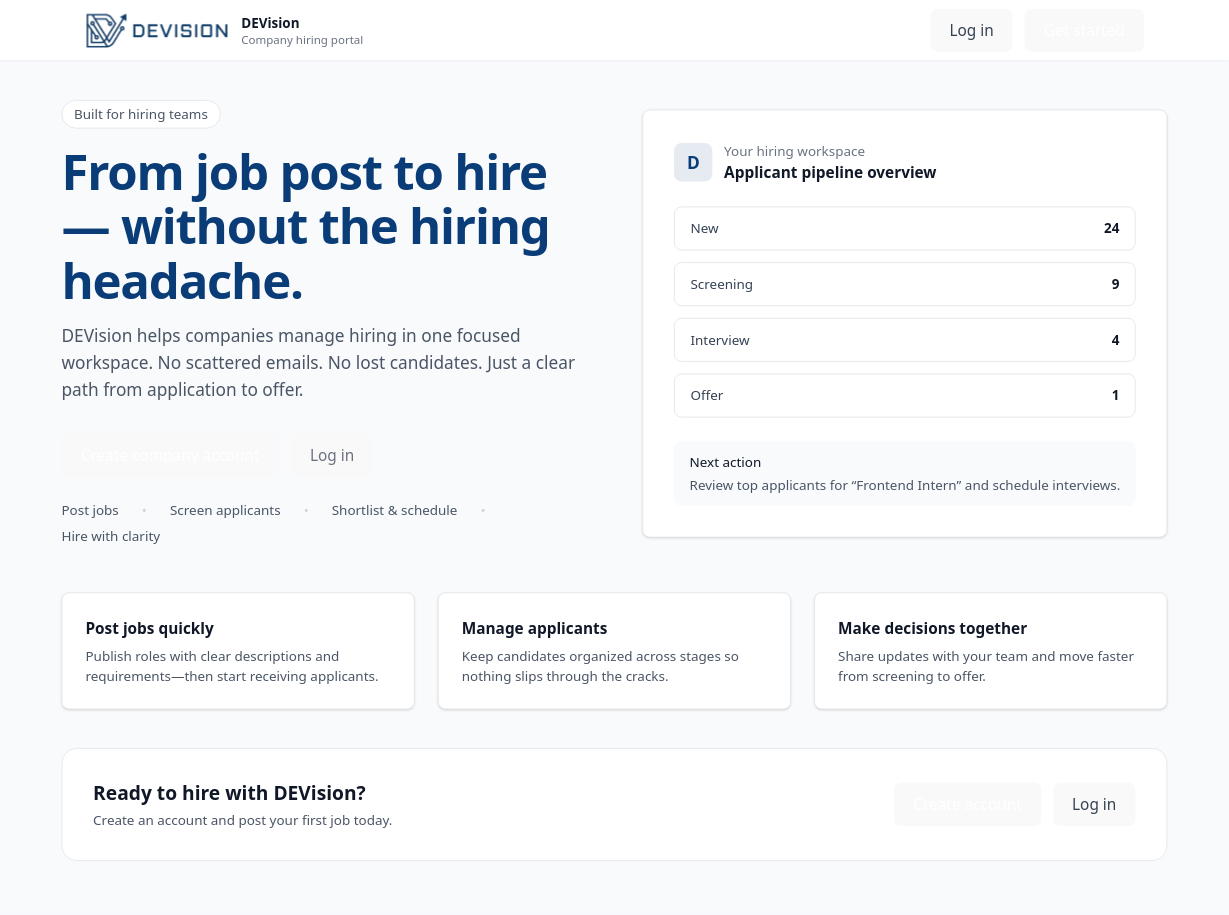
Repository: ISYS3461-2025C-Mulan-DEVision/JobManager_FE
Page: /
An editor plug-in stored every save of this project. The page is shown before and after the next save, followed by the edit.
The browser window is 1280 px wide. The pictures show the whole page, at 96% of full size.
The project was rebuilt for these pictures with package versions that can differ from the ones it lists, and the page was loaded fresh each time. Also part of the build but not shown: vite.config.js, src/components/ui/Input/Input.tsx, src/components/ui/Spinner/Spinner.tsx, src/components/ui/Alert/Alert.tsx, src/components/ui/GoogleLogo/GoogleLogo.tsx, src/components/headless/Form/Form.tsx, src/components/headless/Form/index.ts, src/components/headless/Table/useTable.ts and 18 more.

Above is the page before, as saved 2025-12-12 15:36:22.

After the next save:
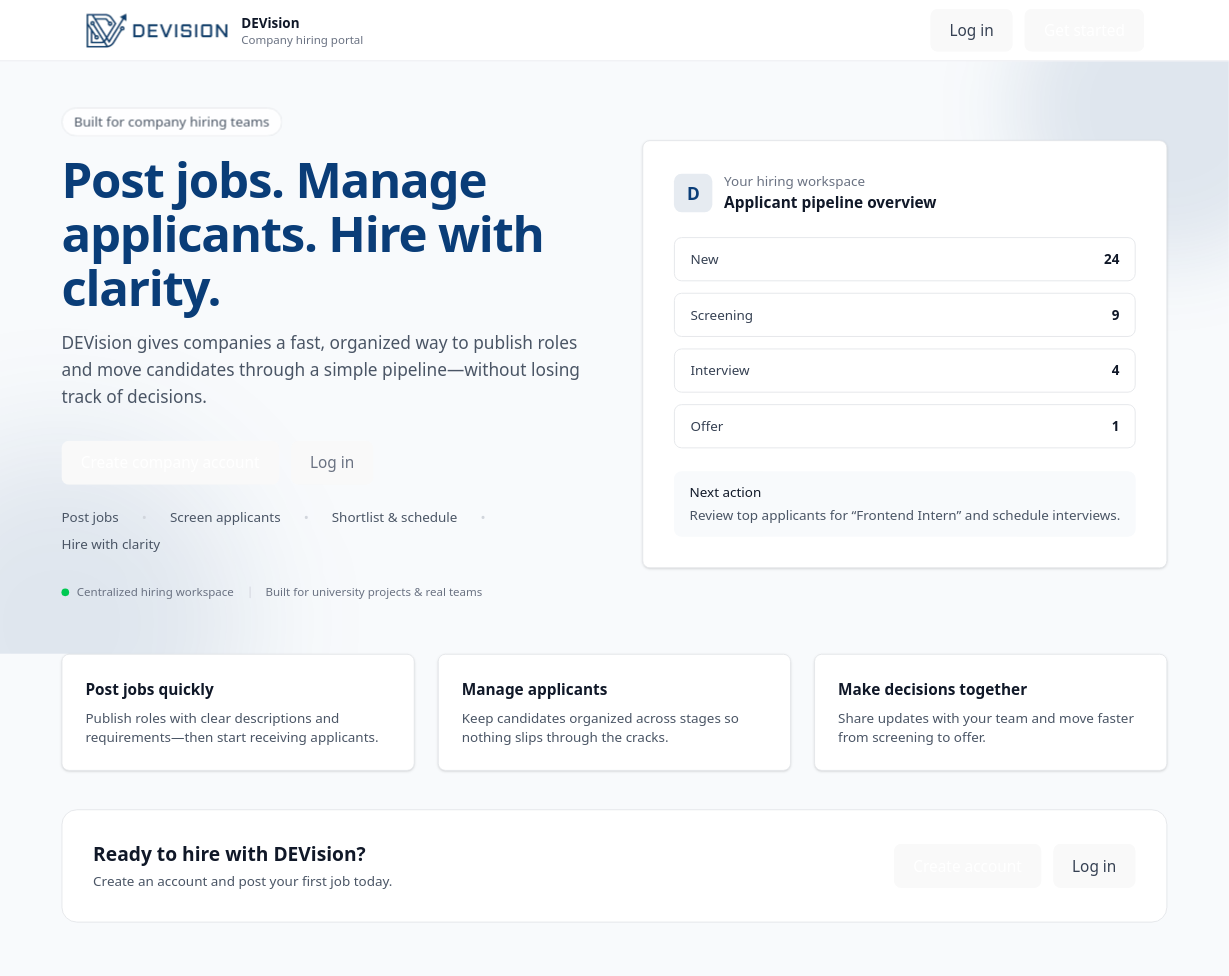
Saved 18 s later.
--- a/src/pages/Home.tsx
+++ b/src/pages/Home.tsx
@@ -4,19 +4,24 @@ import { Button, Card } from "../components/ui";
 export default function Home() {
     return (
         <div className="bg-background">
-            <section className="px-6 pt-10 pb-12">
-                <div className="mx-auto max-w-6xl">
+            <section className="relative overflow-hidden px-6 pt-12 pb-14">
+                <div className="pointer-events-none absolute inset-0">
+                    <div className="absolute -top-28 right-[-6rem] h-80 w-80 rounded-full bg-filled-button/10 blur-2xl" />
+                    <div className="absolute -bottom-40 left-[-8rem] h-96 w-96 rounded-full bg-filled-button/10 blur-3xl" />
+                </div>
+
+                <div className="relative mx-auto max-w-6xl">
                     <div className="grid gap-10 lg:grid-cols-2 lg:items-center">
                         <div>
-                            <p className="inline-flex items-center rounded-full border border-gray-200 bg-white px-3 py-1 text-sm text-gray-600">
-                                Built for hiring teams
+                            <p className="inline-flex items-center rounded-full border border-gray-200 bg-white/80 px-3 py-1 text-sm text-gray-600 backdrop-blur">
+                                Built for company hiring teams
                             </p>
                             <h1 className="mt-4 text-4xl font-bold tracking-tight text-heading sm:text-5xl">
-                                From job post to hire — without the hiring headache.
+                                Post jobs. Manage applicants. Hire with clarity.
                             </h1>
                             <p className="mt-4 text-lg text-gray-600">
-                                DEVision helps companies manage hiring in one focused workspace.
-                                No scattered emails. No lost candidates. Just a clear path from application to offer.
+                                DEVision gives companies a fast, organized way to publish roles and move candidates through a simple
+                                pipeline—without losing track of decisions.
                             </p>
 
                             <div className="mt-8 flex flex-col gap-3 sm:flex-row sm:items-center">
@@ -38,6 +43,15 @@ export default function Home() {
                                 <span>Shortlist & schedule</span>
                                 <span className="text-gray-300">•</span>
                                 <span>Hire with clarity</span>
+                            </div>
+
+                            <div className="mt-8 flex items-center gap-4 text-xs text-gray-500">
+                                <div className="flex items-center gap-2">
+                                    <span className="inline-block h-2 w-2 rounded-full bg-green-500" />
+                                    <span>Centralized hiring workspace</span>
+                                </div>
+                                <div className="hidden h-3 w-px bg-gray-300 sm:block" />
+                                <div className="hidden sm:block">Built for university projects & real teams</div>
                             </div>
                         </div>
 
